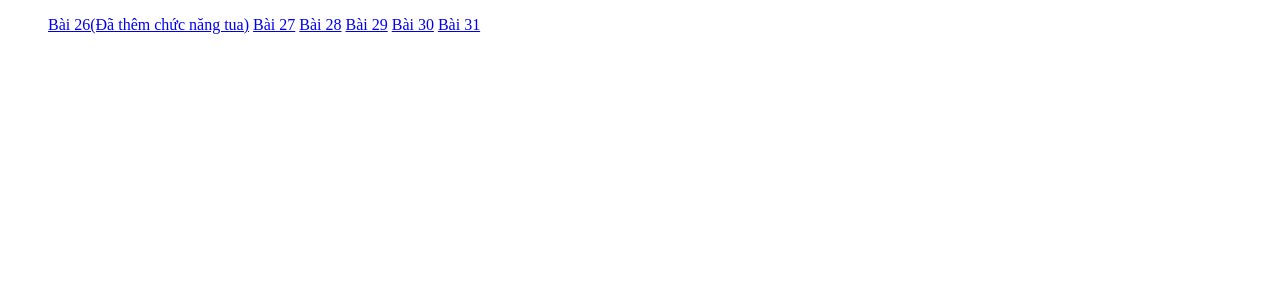
Repository: Dongnguyen318/Quydong
Page: index.html
These files come from the project's save history. The page is drawn as it stood at one moment and after the next save; the edit follows.
The browser window is 1280 px wide. The pictures show the whole page.

Above is the page before, as saved 2023-10-14 22:50:35.

After the next save:
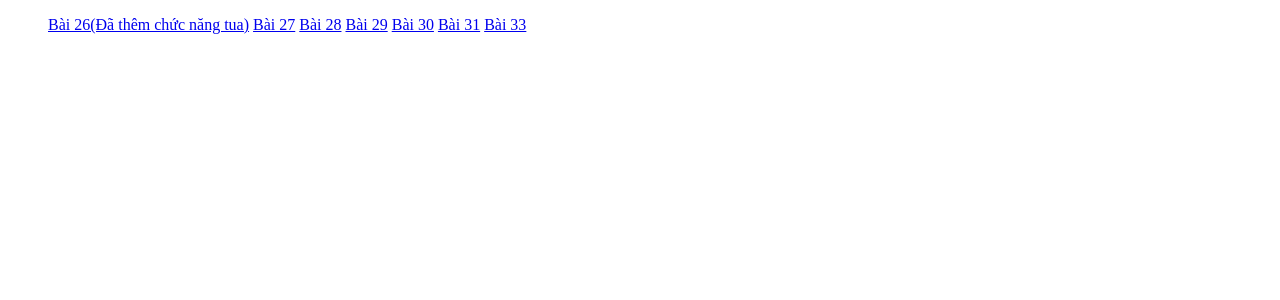
Saved 6 min 31 s later.
--- a/index.html
+++ b/index.html
@@ -13,6 +13,7 @@
       <a href="./Day 29/index.html">Bài 29</a>
       <a href="./Day 30/index.html">Bài 30</a>
       <a href="./Day 31/index.html">Bài 31</a>
+      <a href="./Day 33/index.html">Bài 33</a>
 
   </body>
 </html>
